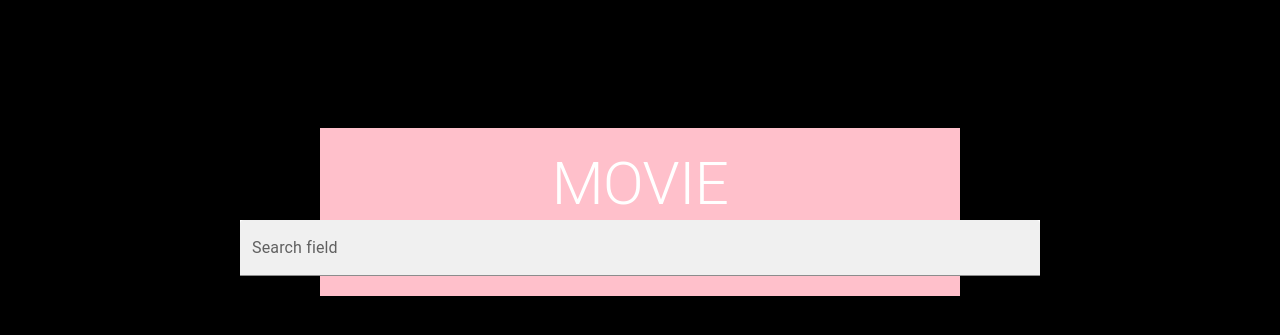
Repository: songjiwon17/movie
Page: /
The author's editor kept a copy of each file at every save. The page is drawn from the files as they stood at one save, then again after the next save.
The browser window is 1280 px wide. The pictures show the whole page.
The project was rebuilt for these pictures with package versions that can differ from the ones it lists, and the page was loaded fresh each time. Also part of the build but not shown: src/component/Login.js.

Above is the page before, as saved 2024-01-04 21:51:42.

After the next save:
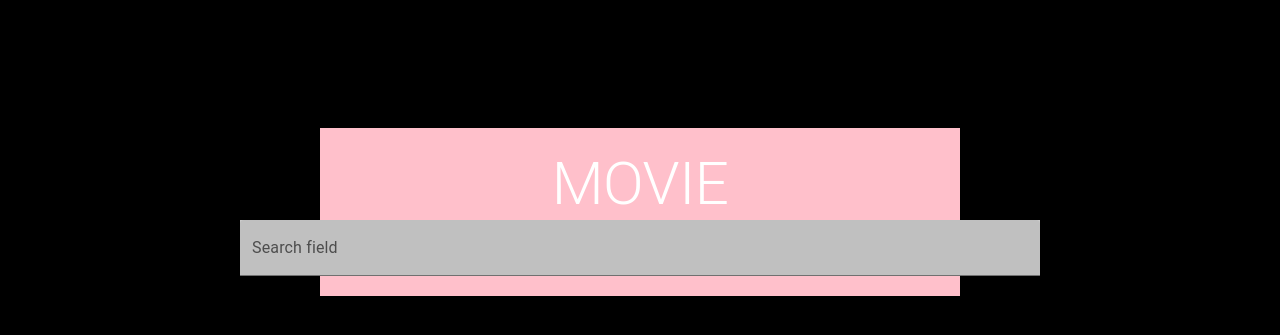
Saved 7 s later.
--- a/src/component/SearchForm.js
+++ b/src/component/SearchForm.js
@@ -6,7 +6,7 @@ function SearchForm(){
         <TextField
         style={{
             width: 800,
-            background: '#fff'
+            background: '#ccc'
 
         }}
           id="filled-search"
